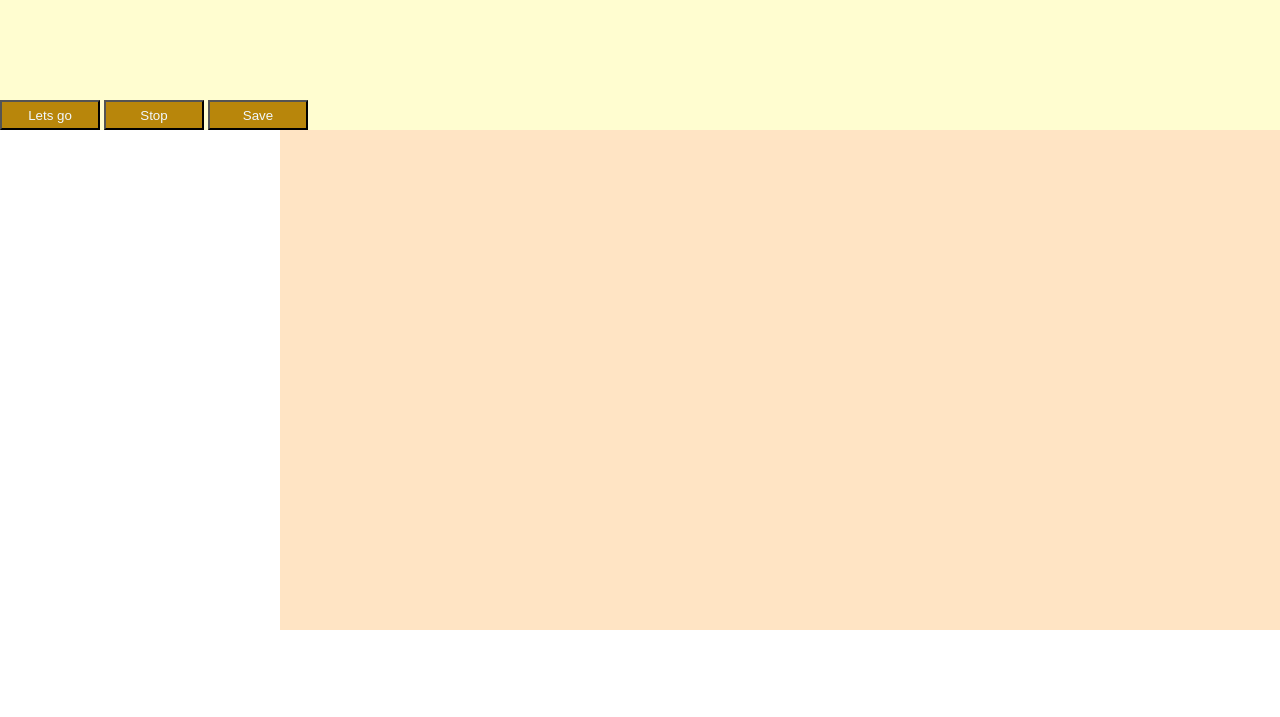
Repository: AytacSafarova/Bubble-game
Page: Bubble-game/index.html
An editor plug-in stored every save of this project. The page is shown before and after the next save, followed by the edit.
The browser window is 1280 px wide. The pictures show the whole page.

Above is the page before, as saved 2022-09-06 01:36:59.

### Bubble-game/index.html
<!DOCTYPE html>
<html lang="en">
<head>
    <meta charset="UTF-8">
    <meta http-equiv="X-UA-Compatible" content="IE=edge">
    <meta name="viewport" content="width=div.container, initial-scale=1.0">
    <link rel="stylesheet" href="./style.css">
    <title>Document</title>
</head>
<body>
    <div class="container">

    <button class="start">Lets go</button>

    <button class="stop">Stop</button>
    <button class="save">Save</button>
        <div class="balonplace"></div>



        <div class="score"></div>

    </div>
</body>
<script src="./main.js"></script>
</html>

### Bubble-game/style.css
*{
    margin: 0;
    padding: 0;
    box-sizing: border-box;
}
.container{
background-color: #FFFDD0
;
padding-top: 100px;
}
.balonplace{
    position: absolute;
    right: 0;
    width:1000px;
height: 500px;
background-color: bisque;}

button{
    background-color: darkgoldenrod;
    color: aliceblue;
    width: 100px;
    height: 30px;
}
.balon{
    width:50px;
    height: 50px;
    background-color: rgb(13, 89, 80);
    border-radius: 50%;
}

### Bubble-game/main.js

let startbtn=document.querySelector(".start")
let savebtn=document.querySelector(".save")
let stopbtn=document.querySelector(".stop")
let input= document.querySelector("input")
let balonplace=document.querySelector(".balonplace")
let checkboxs=document.querySelectorAll(".checkbox")
let check= document.querySelector(".check")
  let time=3000;



// take count from user
let count=0
let addtime
let user


startbtn.addEventListener('click', addbubble)

function addbubble(){
    startbtn.style.display=none
  user = prompt("Please enter your name");
checkboxs.forEach(item=>{
    if(item.checked && item.nextElementSibling.textContent=="Easy"){
     addtime= setInterval(()=>{
            let div= document.createElement("div")
               div.classList.add("balon")
               balonplace.appendChild(div)

           }, time)
        console.log(item.nextElementSibling.textContent)
    }
    else if (item.checked&& item.nextElementSibling.textContent=="Medium"){
        time=2000;
        addtime= setInterval(()=>{
            let div= document.createElement("div")
               div.classList.add("balon")
               balonplace.appendChild(div)
           }, time)
    }
    else if (item.checked&& item.nextElementSibling.textContent=="Hard"){
        time=1000

        addtime=   setInterval(()=>{
            let div= document.createElement("div")
               div.classList.add("balon")
               balonplace.appendChild(div)
           }, time)    }
})

}

stopbtn.addEventListener('click', stop)
function stop(){
clearInterval(addtime)
console.log('stop')
}








savebtn.addEventListener('click', takedata)
function takedata(){
    if(input.value){
        startbtn.disabled=false

    }
}

After the next save:
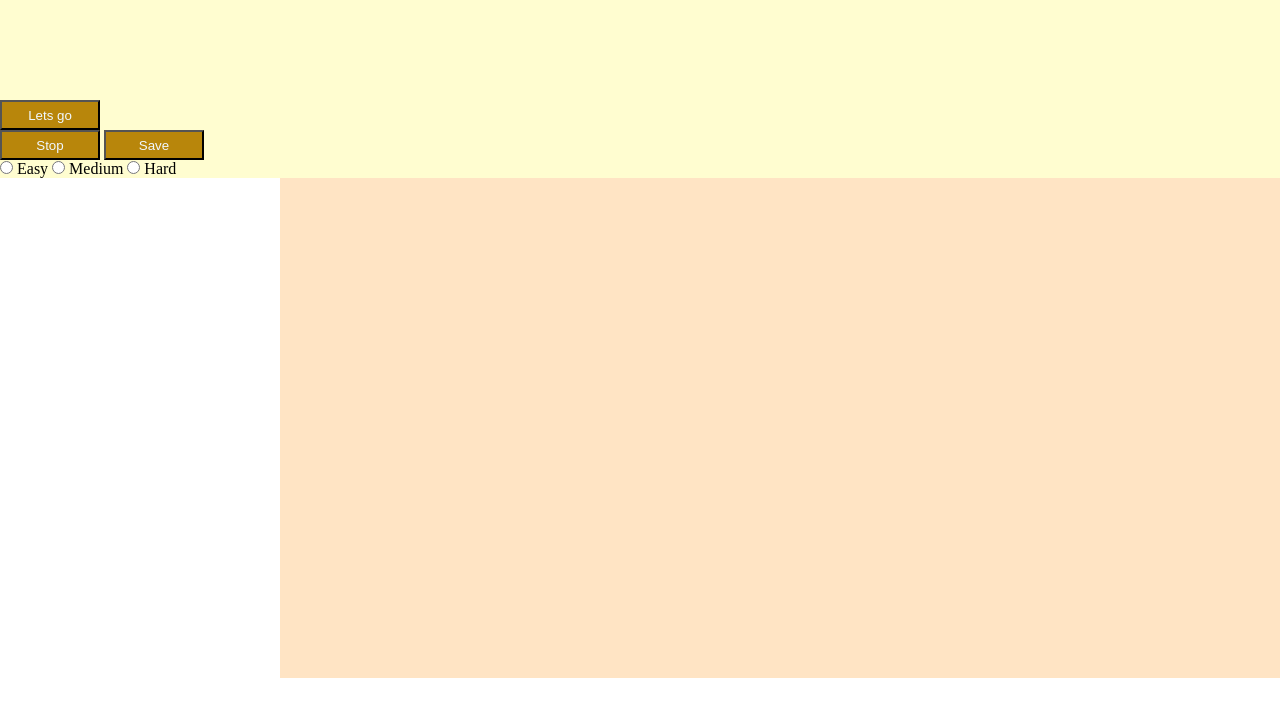
Saved 11 s later.
--- a/Bubble-game/index.html
+++ b/Bubble-game/index.html
@@ -11,9 +11,14 @@
     <div class="container">
 
     <button class="start">Lets go</button>
-
+<main></main>
     <button class="stop">Stop</button>
     <button class="save">Save</button>
+    <div class="speed">
+        <input type="radio" name="input" class="checkbox"> <span>Easy</span>
+        <input type="radio" name="input" class="checkbox"> <span>Medium</span>
+        <input type="radio" name="input" class="checkbox"> <span>Hard</span>
+        </div>
         <div class="balonplace"></div>
 
 
